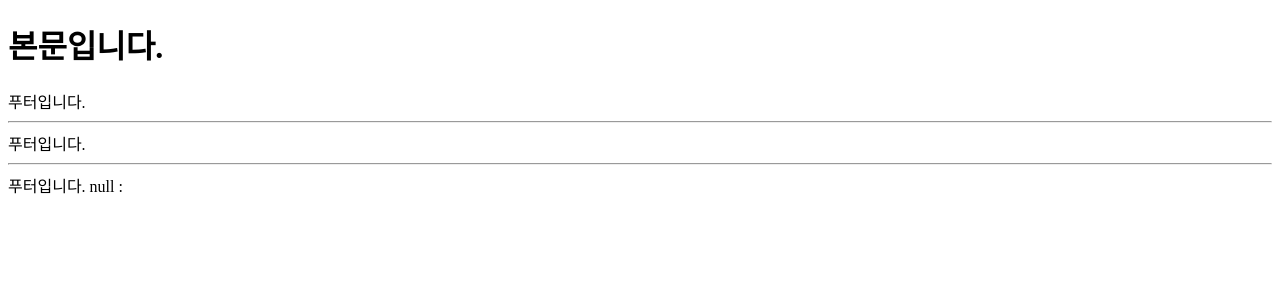
Repository: sanghshlsh/workspace_jsp
Page: http://localhost/Test060201/NewFile.jsp
These files come from the project's save history. The page is drawn as it stood at one moment and after the next save; the edit follows.
The browser window is 1280 px wide. The pictures show the whole page.
The page is served by Tomcat 9.

Above is the page before, as saved 2020-06-02 01:19:49.

After the next save:
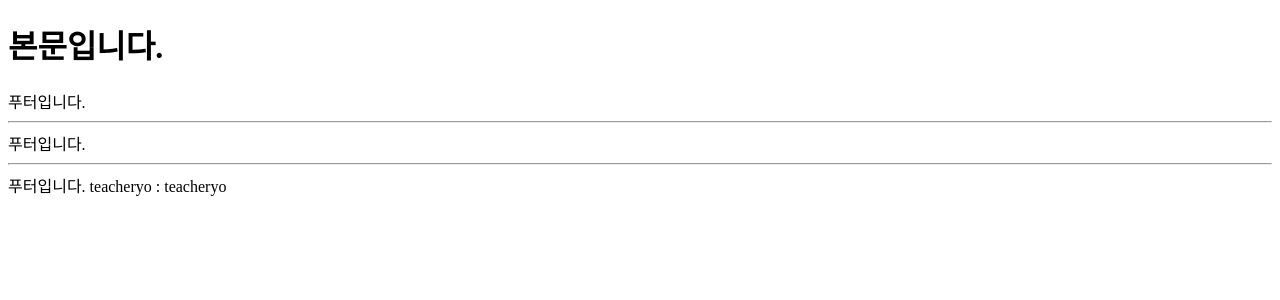
Saved 30 s later.
--- a/Test060201/WebContent/NewFile.jsp
+++ b/Test060201/WebContent/NewFile.jsp
@@ -19,7 +19,7 @@
 	<jsp:include page="part2.jsp"></jsp:include>
 	<hr>
 	<jsp:include page="part3.jsp">
-		<jsp:param value="teacheryo" name=""/>
+		<jsp:param value="teacheryo" name="id"/>
 	</jsp:include>
 	<%-- <jsp: > </jsp:> 넘겨주는데이터가있는형태 내부에에 <jsp:param>을 사용한다 --%>
 </body>
